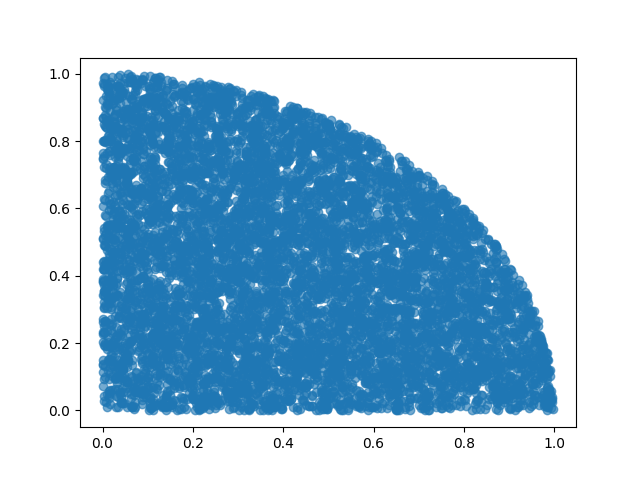
Repository: Nordenbox/Nordenbox_Python_Fundmental
Script's output: python Python_test.py
These files come from the project's save history. The script's output is drawn as it stood at one moment and after the next save; the edit follows.
Random numbers start from a fixed seed.

Above is the script's output before, as saved 2021-01-03 20:37:40.

After the next save:
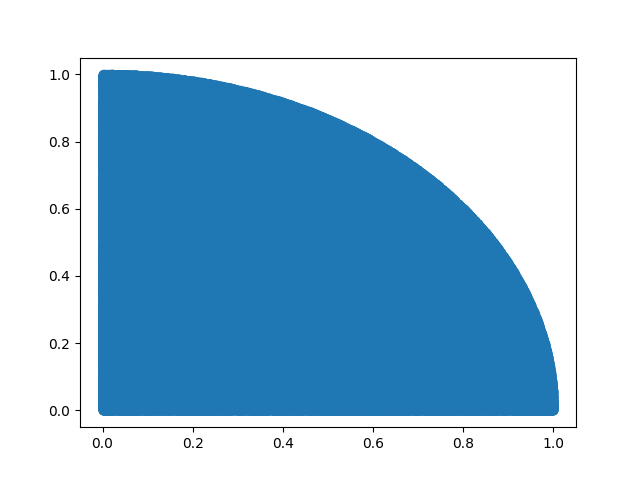
Saved 3 min 1 s later.
--- a/Python_test.py
+++ b/Python_test.py
@@ -3,7 +3,7 @@ import matplotlib.pyplot as plt
 import random
 x = []
 y = []
-for i in range(10000):
+for i in range(1000000):
     m = random.random()
     n = random.random()
     if m*m +n*n <=1:
